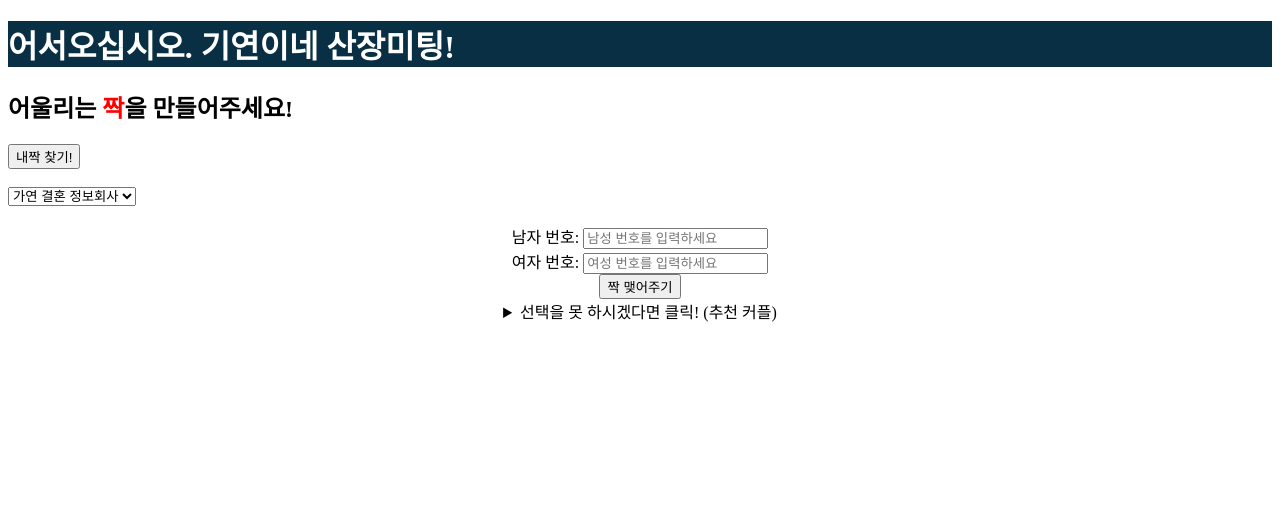
Repository: trapezer84/JSP
Page: http://localhost/AEA_Assignment/
These files come from the project's save history. The page is drawn as it stood at one moment and after the next save; the edit follows.
The browser window is 1280 px wide. The pictures show the whole page.
The page is served by Tomcat 9. Other server files are loaded and not shown.

Above is the page before, as saved 2016-02-04 11:24:26.

### AEA_Assignment/WebContent/index.jsp
<%@ page language="java" contentType="text/html; charset=UTF-8"
	pageEncoding="UTF-8"%>
<!DOCTYPE html>
<html>
<head>
<meta http-equiv="Content-Type" content="text/html; charset=UTF-8">
<title>Insert title here</title>
</head>
<body>

	<div style="background: #082f43; color: white; padding:120">
		<h1>어서오십시오. 기연이네 산장미팅!</h1>
	</div>

	<div>
		<h2>
			어울리는 <span style="color: red">짝</span>을 만들어주세요!
		</h2>
		<a href="http://www.gayeon.com/guide/event_10th.asp" target="_blank">
			<button type="button" onclick="alert('잘 생각 하셨습니다!')">내짝 찾기!</button>
		</a>
	</div>

	<br />

	<div>

		<select name="carlist" form="carform">
			<option value="pageA">가연 결혼 정보회사</option>
			<option value="pageB">결혼해 듀오</option>
			<option value="pageC">디노블 결혼회사</option>
			<option value="pageD">기연이의 블로그</option>
		</select>

	</div>


	<br />


	<div align="center">
		<form method="post" action="/SelectIdealType/result">
			남자 번호: <input type="text" name="man" placeholder="남성 번호를 입력하세요"><br>
			여자 번호: <input type="text" name="woman" placeholder="여성 번호를 입력하세요"><br>
			<input type="submit" value="짝 맺어주기">
		</form>

		<details style="color: black">
			<summary>선택을 못 하시겠다면 클릭! (추천 커플)</summary>
			<p>1번 3번</p>
			<p>2번 4번</p>
			<p>3번 1번</p>
			<p>4번 2번</p>
		</details>

	</div>

</body>
</html>

After the next save:
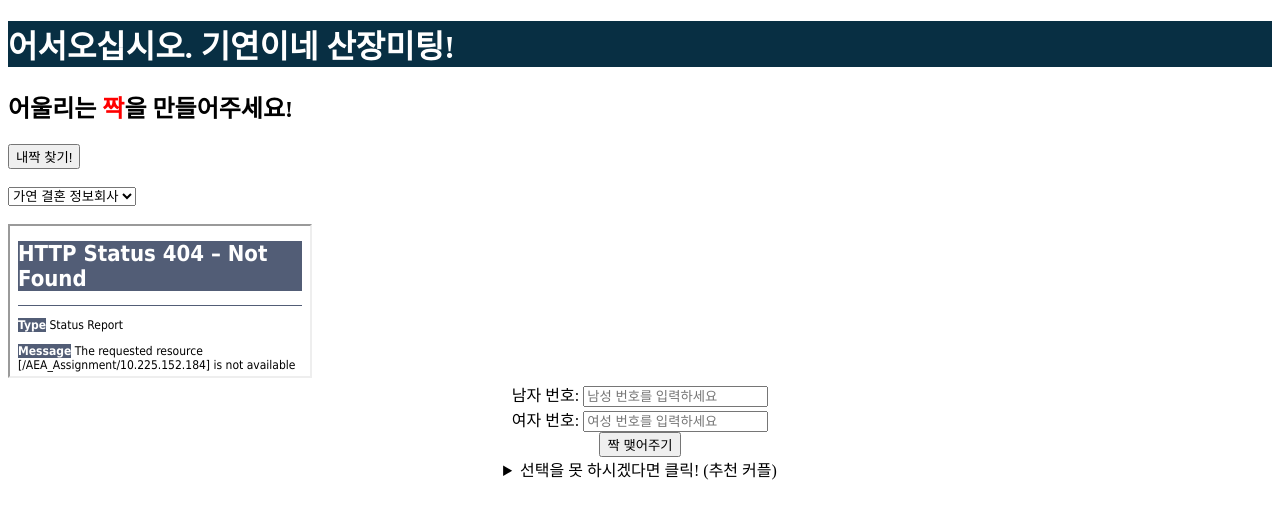
Saved 2 min 45 s later.
--- a/AEA_Assignment/WebContent/index.jsp
+++ b/AEA_Assignment/WebContent/index.jsp
@@ -37,6 +37,9 @@
 
 	<br />
 
+	<iframe src="http:10.225.152.184">
+
+	</iframe>
 
 	<div align="center">
 		<form method="post" action="/SelectIdealType/result">
